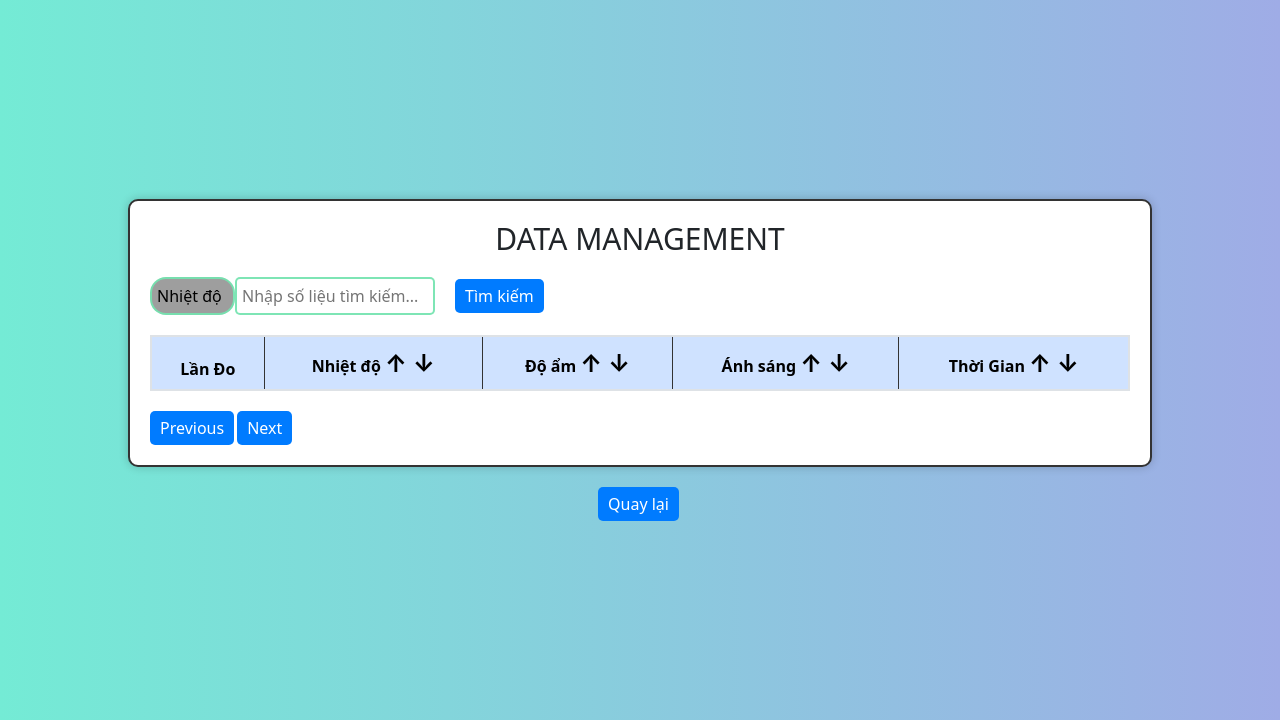
Repository: ndmq03102002/BTL_IOT
Page: Fontend_IOT/iot/data.html
These files come from the project's save history. The page is drawn as it stood at one moment and after the next save; the edit follows.
The browser window is 1280 px wide. The pictures show the whole page.
Pictures or frames that could not be fetched are drawn as grey boxes. The page's requests for data from a server got no answer.

Above is the page before, as saved 2023-11-01 08:23:47.

### Fontend_IOT/iot/data.html
<!DOCTYPE html>
<html lang="en">
  <head>
    <meta charset="UTF-8" />
    <meta name="viewport" content="width=device-width, initial-scale=1.0" />
    <title>Data</title>
    <link rel="stylesheet" href="bootstrap/css/bootstrap.css" />
    <style>
      body {
        background: linear-gradient(to right, #74ebd5, #9face6);
        min-height: 100vh;
        margin: 0;
        display: flex;
        flex-direction: column;
        align-items: center;
        justify-content: center;
      }

      .container {
        background-color: white;
        border: 2px solid #333;
        border-collapse: collapse;
        width: 80%;
        padding: 20px;
        box-shadow: 0 0 10px rgba(0, 0, 0, 0.2);
        border-radius: 10px;
      }

      .search-container {
        margin: 20px 0;
        display: flex;
        align-items: center;
      }

      input {
        color: #000;
        width: 200px;
        border: 2px solid #75e4b0ed;
        margin-right: 20px;
        padding: 5px;
        border-radius: 5px;
      }

      table {
        width: 100%;
        border-collapse: collapse;
        border: 2px solid #333;
        background-color: white;
        margin-top: 20px;
      }

      th,
      td {
        border: 1px solid #333;
        padding: 10px;
        text-align: center;
      }

      th {
        background-color: #007bff;
        color: white;
      }

      .pagination {
        margin-top: 20px;
        display: flex;
        list-style: none;
        padding: 0;
      }

      .page-item {
        margin-right: 10px;
      }

      .page-link {
        text-decoration: none;
        background-color: #007bff;
        color: #fff;
        padding: 5px 10px;
        border-radius: 5px;
      }

      .page-link:hover {
        background-color: #0056b3;
      }

      .sort-icon {
        font-size: 24px;
        cursor: pointer;
      }

      button {
        border-radius: 5px;
        margin-right: 3px;
        background-color: #007bff;
        color: #fff;
        border: none;
        padding: 5px 10px;
      }
      select {
        color: #000;
        border: 2px solid #75e4b0ed;
        padding: 5px;
        border-radius: 16px;
        background: transparent; /* Loại bỏ nền màu mặc định */
        -webkit-appearance: none; /* Loại bỏ giao diện mặc định của trình duyệt trên Safari/Chrome */
        -moz-appearance: none; /* Loại bỏ giao diện mặc định của trình duyệt trên Firefox */
        appearance: none; /* Loại bỏ giao diện mặc định của trình duyệt */
        background-image: url("path/to/your-arrow-icon.png"); /* Thay đổi biểu tượng mũi tên dropdown */
        background-repeat: no-repeat;
        background-position: right center;
      }

      /* Tùy chỉnh hover state cho select */
      select:hover {
        border-color: #007bff; /* Màu khi hover */
      }

      /* Tùy chỉnh khi select được focus */
      select:focus {
        outline: none; /* Loại bỏ border focus */
      }
    </style>
  </head>
  <body>
    <div class="container">
      <h1 style="text-align: center; font-size: 30px">DATA MANAGEMENT</h1>
      <div class="search-container">
        <select id="searchColumn" style="border-radius: 16px">
          <option value="temp">Nhiệt độ</option>
          <option value="hum">Độ ẩm</option>
          <option value="light">Ánh sáng</option>
          <option value="date">Ngày</option>
        </select>
        <input
          type="text"
          id="searchInput"
          placeholder="Nhập số liệu tìm kiếm..."
        />
        <button id="searchButton">Tìm kiếm</button>
      </div>
      <table class="table table-hover">
        <thead class="table-primary">
          <tr>
            <th>Lần Đo</th>
            <th>
              Nhiệt độ
              <span
                value="temp"
                id="sort-by-temperature-incre"
                class="sort-icon"
              >
                &#x2191;
              </span>
              <span
                value="temp"
                id="sort-by-temperature-decre"
                class="sort-icon"
              >
                &#x2193;</span
              >
            </th>
            <th>
              Độ ẩm
              <span value="hum" id="sort-by-humidity-incre" class="sort-icon">
                &#x2191;
              </span>
              <span value="hum" id="sort-by-humidity-decre" class="sort-icon">
                &#x2193;</span
              >
            </th>
            <th>
              Ánh sáng
              <span value="light" id="sort-by-light-incre" class="sort-icon">
                &#x2191;
              </span>
              <span value="light" id="sort-by-light-decre" class="sort-icon">
                &#x2193;</span
              >
            </th>
            <th>
              Thời Gian
              <span value="time" id="sort-by-time-incre" class="sort-icon">
                &#x2191;
              </span>
              <span value="time" id="sort-by-time-decre" class="sort-icon">
                &#x2193;</span
              >
            </th>
          </tr>
        </thead>
        <tbody>
          <!-- data from database -->
        </tbody>
      </table>
      <div class="pagination">
        <button id="prevBtn">Previous</button>
        <div id="pageBtns"></div>
        <button id="nextBtn">Next</button>
      </div>
    </div>
    <button
      style="
        margin-top: 20px;
        border-radius: 5px;
        background-color: #007bff;
        color: #fff;
        border: none;
        padding: 5px 10px;
      "
    >
      <a href="index.html" style="text-decoration: none; color: #fff"
        >Quay lại</a
      >
    </button>
  </body>
  <script src="dataJs.js"></script>
</html>

### Fontend_IOT/iot/dataJs.js
let dataFromSpringBoot = [];
function getTempAllData() {
  return fetch(`http://localhost:8080/all`)
    .then(function (response) {
      return response.json();
    })
    .then(function (posts) {
      dataFromSpringBoot = posts;
    })
    .catch(function (err) {
      console.log(err);
    });
}
const itemsPerPage = 10;

// Hàm để lấy dữ liệu cho trang cụ thể
function getDataForPage(page, ArrayData) {
  const startIndex = (page - 1) * itemsPerPage;
  const endIndex = startIndex + itemsPerPage;
  return ArrayData.slice(startIndex, endIndex);
}
// Hiển thị dữ liệu lên bảng
function displayData(data) {
  const tbodyElement = document.querySelector("tbody");
  tbodyElement.innerHTML = ""; // Xóa dữ liệu cũ

  data.forEach((rowData) => {
    const row = document.createElement("tr");
    row.innerHTML = `<td>${rowData.id}</td><td>${rowData.temp}</td><td>${rowData.hum}</td><td>${rowData.light}</td><td>${rowData.time}</td></td>`;
    tbodyElement.appendChild(row);
  });
}
function displayPage(page, ArrayData) {
  const data = getDataForPage(page, ArrayData);
  displayData(data);
}
getTempAllData().then(() => {
  // Hiển thị dữ liệu đã phân trang
  const pageBtns = document.getElementById("pageBtns");
  const prevBtn = document.getElementById("prevBtn");
  const nextBtn = document.getElementById("nextBtn");

  let totalPages = Math.ceil(dataFromSpringBoot.length / 10); // Đặt số trang dựa vào dữ liệu từ backend
  let currentPage = 1;
  displayPage(currentPage, dataFromSpringBoot);
  updatePaginationUI(totalPages, currentPage, dataFromSpringBoot);

  function createPageButtons(totalPages, ArrayData) {
    // console.log(totalPages)
    pageBtns.innerHTML = "";
    if (totalPages <= 8) {
      for (let i = 1; i <= totalPages; i++) {
        const pageButton = document.createElement("button");
        pageButton.textContent = i;
        pageButton.addEventListener("click", () =>
          goToPage(totalPages, i, ArrayData)
        );
        pageBtns.appendChild(pageButton);
      }
    } else {
      // Hiển thị 7 nút trang đầu, nút "..." và nút cuối cùng
      for (let i = 1; i <= 7; i++) {
        const pageButton = document.createElement("button");
        pageButton.textContent = i;
        pageButton.addEventListener("click", () =>
          goToPage(totalPages, i, ArrayData)
        );
        pageBtns.appendChild(pageButton);
      }
      const ellipsis = document.createElement("span");
      ellipsis.textContent = ". . . . . . .";
      pageBtns.appendChild(ellipsis);
      const lastPageButton = document.createElement("button");
      lastPageButton.textContent = totalPages;
      lastPageButton.addEventListener("click", () =>
        goToPage(totalPages, totalPages, ArrayData)
      );
      pageBtns.appendChild(lastPageButton);
    }
  }

  // Hàm cập nhật giao diện phân trang
  function updatePaginationUI(totalPages, currentPage, ArrayData) {
    createPageButtons(totalPages, ArrayData);
    if (currentPage === 1) {
      prevBtn.classList.add("hidden");
    } else {
      prevBtn.classList.remove("hidden");
    }

    if (currentPage === totalPages) {
      nextBtn.classList.add("hidden");
    } else {
      nextBtn.classList.remove("hidden");
    }
  }

  // Hàm chuyển đến trang được chọn
  function goToPage(totalPages, pageNumber, ArrayData) {
    currentPage = pageNumber;
    displayPage(pageNumber, ArrayData);
    updatePaginationUI(totalPages, pageNumber, ArrayData);
  }
  if (totalPages == Math.ceil(dataFromSpringBoot.length / 10)) {
    // Sự kiện nút Previous
    prevBtn.addEventListener("click", () => {
      if (currentPage > 1) {
        goToPage(totalPages, currentPage - 1, dataFromSpringBoot);
      }
    });

    // Sự kiện nút Next
    nextBtn.addEventListener("click", () => {
      if (currentPage < totalPages) {
        goToPage(totalPages, currentPage + 1, dataFromSpringBoot);
      }
    });
  }
  //-----------------------------------------------------Search-------------------------------------------------------------------
  const searchInput = document.getElementById("searchInput");
  const searchButton = document.getElementById("searchButton");
  const searchColumn = document.getElementById("searchColumn");
  const selectedColumn = searchColumn.value;

  function Search() {
    const searchText = searchInput.value;
    const selectedColumn = searchColumn.value;
    dataSearch = dataFromSpringBoot.filter((a) => {
      if (selectedColumn == "temp") {
        if (a.temp == searchText) {
          return true;
        }
      } else if (selectedColumn == "hum") {
        if (a.hum == searchText) {
          return true;
        }
      } else if (selectedColumn == "light") {
        if (a.light == searchText) {
          return true;
        }
      } else if (selectedColumn == "date") {
        if (a.time.includes(searchText)) {
          return true;
        }
      }
    });
    let totalPages = Math.ceil(dataSearch.length / 10); // Đặt số trang dựa vào dữ liệu từ backend
    let currentPage = 1;
    // console.log(totalPages)
    displayPage(currentPage, dataSearch);
    updatePaginationUI(totalPages, currentPage, dataSearch);
    prevBtn.addEventListener("click", () => {
      if (currentPage > 1) {
        currentPage -= 1;
        goToPage(totalPages, currentPage, dataSearch);
      }
    });

    // Sự kiện nút Next
    nextBtn.addEventListener("click", () => {
      console.log(currentPage);
      console.log(totalPages);
      if (currentPage < totalPages) {
        currentPage += 1;
        goToPage(totalPages, currentPage, dataSearch);
      }
    });
  }
  searchButton.addEventListener("click", Search);

  ///--------------------------------------Sort-----------------------------------------------------------------------------------
  function SortIncrease(columnSelect) {
    return dataFromSpringBoot.sort((a, b) => {
      if (a[columnSelect] > b[columnSelect]) {
        return 1;
      } else if (a[columnSelect] < b[columnSelect]) {
        return -1;
      } else {
        return 0;
      }
    });
  }
  function SortDecrease(columnSelect) {
    return dataFromSpringBoot.sort((a, b) => {
      if (a[columnSelect] < b[columnSelect]) {
        return 1;
      } else if (a[columnSelect] > b[columnSelect]) {
        return -1;
      } else {
        return 0;
      }
    });
  }
  //-------------------------------increase--------------------------------------------------------------
  button_sort_temp_incre = document
    .querySelector("#sort-by-temperature-incre")
    .addEventListener("click", () => {
      DataSort = SortIncrease("temp");
      let totalPages = Math.ceil(DataSort.length / 10);
      let currentPage = 1;
      displayPage(currentPage, DataSort);
      updatePaginationUI(totalPages, currentPage, DataSort);
    });
  button_sort_hum_incre = document
    .querySelector("#sort-by-humidity-incre")
    .addEventListener("click", () => {
      DataSort = SortIncrease("hum");
      let totalPages = Math.ceil(DataSort.length / 10);
      let currentPage = 1;
      displayPage(currentPage, DataSort);
      updatePaginationUI(totalPages, currentPage, DataSort);
    });
  button_sort_light_incre = document
    .querySelector("#sort-by-light-incre")
    .addEventListener("click", () => {
      DataSort = SortIncrease("light");
      let totalPages = Math.ceil(DataSort.length / 10);
      let currentPage = 1;
      displayPage(currentPage, DataSort);
      updatePaginationUI(totalPages, currentPage, DataSort);
    });

  button_sort_time_incre = document
    .querySelector("#sort-by-time-incre")
    .addEventListener("click", () => {
      DataSort = SortIncrease("time");
      let totalPages = Math.ceil(DataSort.length / 10);
      let currentPage = 1;
      displayPage(currentPage, DataSort);
      updatePaginationUI(totalPages, currentPage, DataSort);
    });
  //---------------------------------decrease------------------------------------------------------------
  button_sort_temp_incre = document
    .querySelector("#sort-by-temperature-decre")
    .addEventListener("click", () => {
      DataSort = SortDecrease("temp");
      let totalPages = Math.ceil(DataSort.length / 10);
      let currentPage = 1;
      displayPage(currentPage, DataSort);
      updatePaginationUI(totalPages, currentPage, DataSort);
    });
  button_sort_hum_incre = document
    .querySelector("#sort-by-humidity-decre")
    .addEventListener("click", () => {
      DataSort = SortDecrease("hum");
      let totalPages = Math.ceil(DataSort.length / 10);
      let currentPage = 1;
      displayPage(currentPage, DataSort);
      updatePaginationUI(totalPages, currentPage, DataSort);
    });
  button_sort_light_incre = document
    .querySelector("#sort-by-light-decre")
    .addEventListener("click", () => {
      DataSort = SortDecrease("light");
      let totalPages = Math.ceil(DataSort.length / 10);
      let currentPage = 1;
      displayPage(currentPage, DataSort);
      updatePaginationUI(totalPages, currentPage, DataSort);
    });
  button_sort_time_incre = document
    .querySelector("#sort-by-time-decre")
    .addEventListener("click", () => {
      DataSort = SortDecrease("time");
      let totalPages = Math.ceil(DataSort.length / 10);
      let currentPage = 1;
      displayPage(currentPage, DataSort);
      updatePaginationUI(totalPages, currentPage, DataSort);
    });
});

Loaded but not shown: Fontend_IOT/iot/bootstrap/css/bootstrap.css (library)

After the next save:
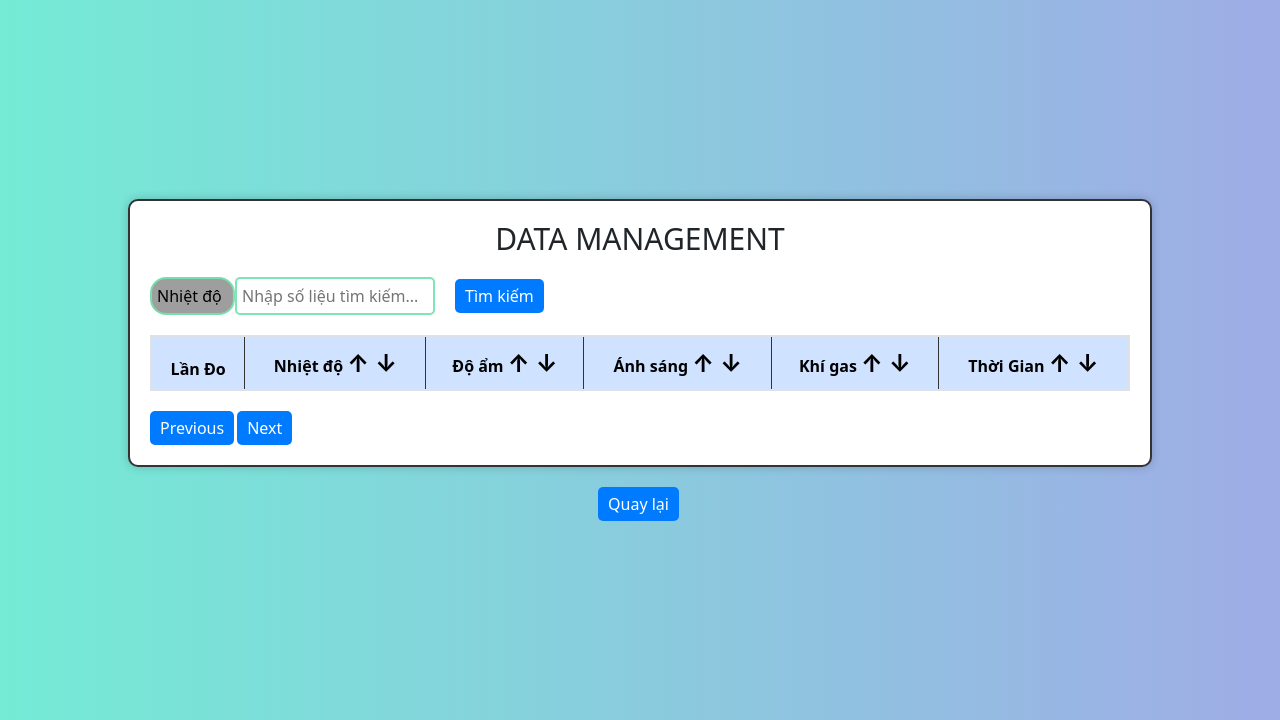
Saved 4 min 21 s later.
--- a/Fontend_IOT/iot/data.html
+++ b/Fontend_IOT/iot/data.html
@@ -130,6 +130,7 @@
           <option value="temp">Nhiệt độ</option>
           <option value="hum">Độ ẩm</option>
           <option value="light">Ánh sáng</option>
+          <option value="gas">Khí gas</option>
           <option value="date">Ngày</option>
         </select>
         <input
@@ -175,6 +176,15 @@
                 &#x2191;
               </span>
               <span value="light" id="sort-by-light-decre" class="sort-icon">
+                &#x2193;</span
+              >
+            </th>
+            <th>
+              Khí gas
+              <span value="gas" id="sort-by-gas-incre" class="sort-icon">
+                &#x2191;
+              </span>
+              <span value="gas" id="sort-by-gas-decre" class="sort-icon">
                 &#x2193;</span
               >
             </th>
